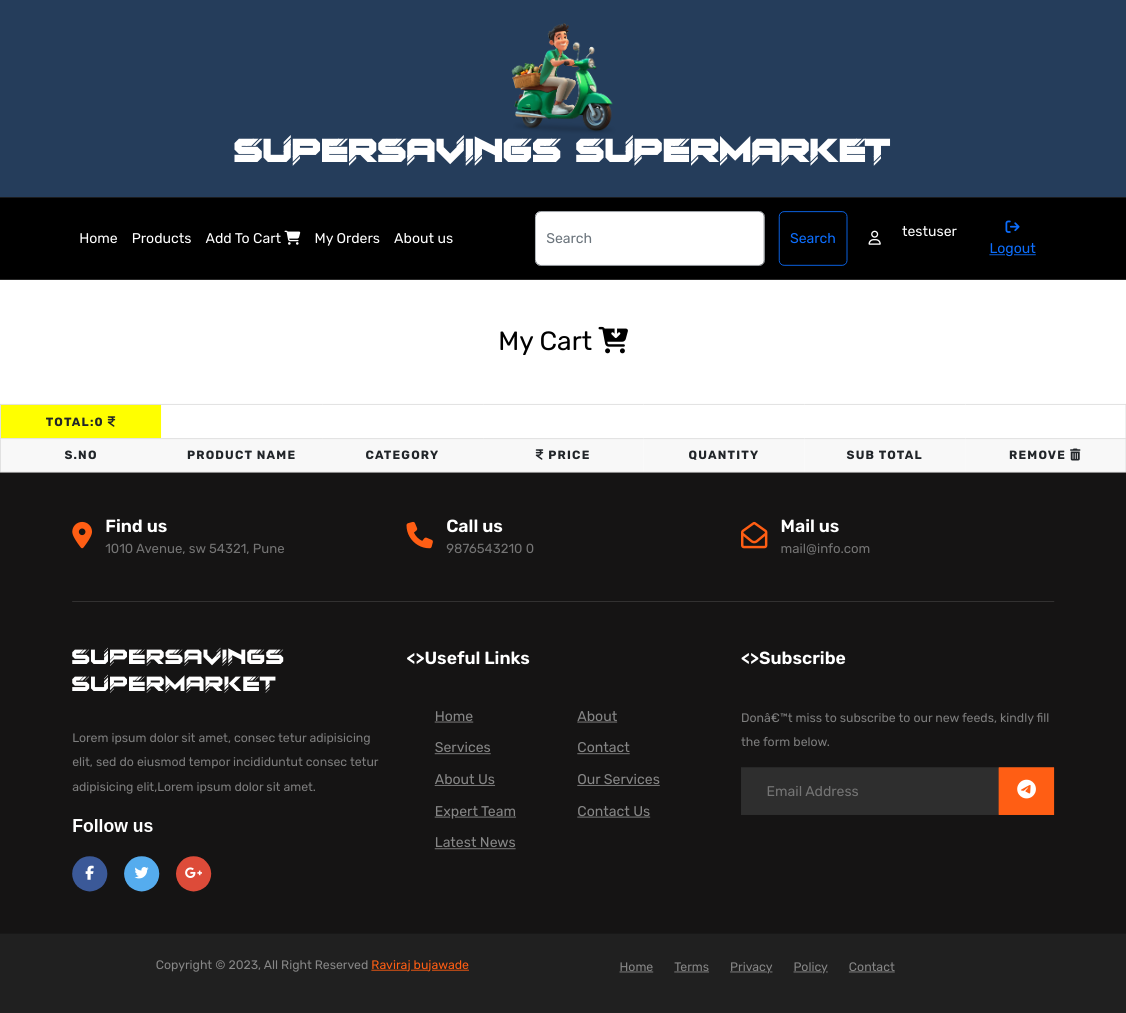
Repository: Raviraj39/SuperSaving-Online-Supermarket-Website
Page: http://localhost/Super_market/mycart.jsp
These files come from the project's save history. The page is drawn as it stood at one moment and after the next save; the edit follows.
The browser window is 1280 px wide. The pictures show the whole page, at 88% of full size.
The page is served by Tomcat 9. The session is filled in as if someone had signed in: {"username": "testuser", "email": "test@example.com"}. Other server files are loaded and not shown. Queries for data that is not in the repository find no rows.

Above is the page before, as saved 2023-12-28 19:03:40.

### Super_market/src/main/webapp/mycart.jsp
<%@ page language="java" contentType="text/html; charset=ISO-8859-1"
    pageEncoding="ISO-8859-1"%>
<!DOCTYPE html>
<html>
<head>
<meta charset="ISO-8859-1">
<title>SuperSaving Supermarket</title>
<link rel="stylesheet" href="css/homestyle.css">
<link rel="stylesheet" href="https://cdnjs.cloudflare.com/ajax/libs/font-awesome/6.5.1/css/all.min.css" integrity="sha512-DTOQO9RWCH3ppGqcWaEA1BIZOC6xxalwEsw9c2QQeAIftl+Vegovlnee1c9QX4TctnWMn13TZye+giMm8e2LwA==" crossorigin="anonymous" referrerpolicy="no-referrer" />
<link href="https://cdn.jsdelivr.net/npm/bootstrap@5.2.3/dist/css/bootstrap.min.css" rel="stylesheet"
		integrity="sha384-rbsA2VBKQhggwzxH7pPCaAqO46MgnOM80zW1RWuH61DGLwZJEdK2Kadq2F9CUG65" crossorigin="anonymous">
<link rel="preconnect" href="https://fonts.googleapis.com">
<link rel="preconnect" href="https://fonts.gstatic.com" crossorigin>
<link href="https://fonts.googleapis.com/css2?family=Rubik:ital,wght@0,300;0,400;0,500;0,600;0,700;0,800;0,900;1,300;1,400;1,500;1,600;1,700;1,800;1,900&display=swap"
		rel="stylesheet">
</head>

<body>


<%@ include file="Header.jsp"  %>


<div style="color: black; text-align: center; font-size: 30px;" class="mt-5 mb-5">My Cart <i class='fas fa-cart-arrow-down'></i>


<%
		String msg=request.getParameter("msg");
if("notpossible".equals(msg))
{
%>
<p class="alert">There is only one Quantity! So click on remove!</p>
<%} %>


<%
if("inc".equals(msg))
{
%>
<p class="alert">Quantity  Increased Successfully!</p>
<%} %>
<%
if("dec".equals(msg))
{
%>
<p class="alert">Quantity  Decreased Successfully!</p>
<%} %>
<%
if("removed".equals(msg))
{
%>
<p class="alert">Product Successfully Removed!</p>
<%} %>
</div>
<div >
<table >
<thead>


  <%

      	int total=0;
      	int sno=0;

		try {
			Class.forName("com.mysql.cj.jdbc.Driver");

			Connection conn = DriverManager.getConnection("jdbc:mysql://localhost:3306/super_marketone","root","root");
			Statement stat = conn.createStatement();
			String email=session.getAttribute("email").toString();
			ResultSet rs=stat.executeQuery("select sum(total) from cart where email='"+email+"' ");
			while(rs.next()) {
				total=rs.getInt(1);
	%>

          <tr>
            <th scope="col" style="background-color: yellow;">Total:<%out.println(total); %> <i class="fa fa-inr"></i> </th>
          <%if(total>0){ %>

            <th scope="col"><a href="addpayment.jsp">Proceed to order</a></th><%} %>
          </tr>
        </thead>
        <thead>
          <tr>
          <th scope="col">S.No</th>
            <th scope="col">Product Name</th>
            <th scope="col">Category</th>
            <th scope="col"><i class="fa fa-inr"></i> price</th>
            <th scope="col">Quantity</th>
            <th scope="col">Sub Total</th>
            <th scope="col">Remove <i class='fas fa-trash-alt'></i></th>
          </tr>
        </thead>
        <tbody>

    <%
	ResultSet rs1=stat.executeQuery("select * from addproductadmin inner join cart on addproductadmin.p_id = cart.productid and cart.email='"+email+"' and cart.address is NULL" );
    while(rs1.next()) {


    %>
          <tr>
			<%sno =sno+1; %>
           <td><% out.println(sno); %></td>
            <td><%= rs1.getString(2) %></td>
            <td><%= rs1.getString(3) %></td>
            <td><i class="fa fa-inr"></i><%= rs1.getString(4) %> </td>
            <td><a href="incrdecre.jsp?id=<%= rs1.getString(1) %>&quantity=inc"><i class='fas fa-plus-circle'></i></a><%= rs1.getString(8) %>  <a href="incrdecre.jsp?id=<%= rs1.getString(1) %>&quantity=dec"><i class='fas fa-minus-circle'></i></a></td>
            <td><i class="fa fa-inr"></i><%= rs1.getString(10) %> </td>
            <td><a href="removeproduct.jsp?id=<%= rs1.getString(1) %>">Remove <i class='fas fa-trash-alt'></i></a></td>
          </tr>
          	<%
    }	}
        }catch(Exception e) {
			e.printStackTrace();
		}


          %>




        </tbody>
      </table>
      </div>


 <%@ include file="Footer.jsp" %>
</body>
</html>

### Super_market/src/main/webapp/Header.jsp
<%@ page language="java" contentType="text/html; charset=ISO-8859-1"
    pageEncoding="ISO-8859-1"%>
    <%@page import ="java.sql.*"%>
    <%@page import ="java.io.IOException" %>
    <%@ page import ="java.io.PrintWriter"%>
    <%@ page import ="javax.servlet.*" %>
    <%

    %>
<!DOCTYPE html>
<html>
<head>
<meta charset="ISO-8859-1">
<title>SuperSaving Supermarket</title>
<link rel="stylesheet" href="css/home.css">
<link rel="stylesheet" href="https://cdnjs.cloudflare.com/ajax/libs/font-awesome/6.5.1/css/all.min.css" integrity="sha512-DTOQO9RWCH3ppGqcWaEA1BIZOC6xxalwEsw9c2QQeAIftl+Vegovlnee1c9QX4TctnWMn13TZye+giMm8e2LwA==" crossorigin="anonymous" referrerpolicy="no-referrer" />
<link href="https://cdn.jsdelivr.net/npm/bootstrap@5.2.3/dist/css/bootstrap.min.css" rel="stylesheet"
		integrity="sha384-rbsA2VBKQhggwzxH7pPCaAqO46MgnOM80zW1RWuH61DGLwZJEdK2Kadq2F9CUG65" crossorigin="anonymous">

<link rel="preconnect" href="https://fonts.googleapis.com">
<link rel="preconnect" href="https://fonts.gstatic.com" crossorigin>
<link href="https://fonts.googleapis.com/css2?family=Rubik:ital,wght@0,300;0,400;0,500;0,600;0,700;0,800;0,900;1,300;1,400;1,500;1,600;1,700;1,800;1,900&display=swap"
		rel="stylesheet">
</head>
<body>
<div class="container-fluid main_top_nav ">
		<div class="text-center py-4  text-white ">

			<img src="./images/illustrations/BikeDilvery.webp" alt="" class="" height="130px">
			<h3 class="top-nav">SuperSavings Supermarket</h3>
		</div>
	</div>
	<nav class="navbar navbar-expand-lg bg-black text-white  py-3">
		<div class="container text-white">
			<button class="navbar-toggler" type="button" data-bs-toggle="collapse"
				data-bs-target="#navbarSupportedContent" aria-controls="navbarSupportedContent" aria-expanded="false"
				aria-label="Toggle navigation">
				<span class="navbar-toggler-icon"></span>
			</button>
			<div class="collapse navbar-collapse " id="navbarSupportedContent" >
				<ul class="navbar-nav me-auto mb-2 mb-lg-0  ">
					<li class="nav-item">
						<a class="nav-link active text-white" href="./Home.jsp">Home</a>
					</li>
					<li class="nav-item">
						<a class="nav-link text-white" href="./products.jsp">Products</a>
					</li>
					<li class="nav-item">
						<a class="nav-link text-white" href="./mycart.jsp">Add To Cart <i class="fa fa-shopping-cart"></i></a>
					</li>
					<li class="nav-item">
						<a class="nav-link text-white" href="./myorders.jsp">My Orders</a>
					</li>
					<li class="nav-item">
						<a class="nav-link text-white" href="#">About us</a>
					</li>
				</ul>
				<form class="d-flex text-center justify-content-between   " role="search" >
					<input class="form-control me-2" type="search" placeholder="Search" aria-label="Search">
					<button class="btn btn-outline-primary mx-2" type="submit">Search</button>
					<div class="d-flex align-items-center justify-content-between mx-3">
						<div class="">
						<i class="fa-regular fa-user "></i></div>
					<p class="ms-4 "><%= session.getAttribute("username") %></p>
					</div>
					<button class="btn mx-2"> <a href="logout"><i class="fa-solid fa-arrow-right-from-bracket"></i>Logout</a></button>

				</form>
			</div>
		</div>
</nav>

</body>
</html>

### Super_market/src/main/webapp/Footer.jsp
<%@ page language="java" contentType="text/html; charset=ISO-8859-1"
    pageEncoding="ISO-8859-1"%>
<!DOCTYPE html>
<html>
<head>
<meta charset="ISO-8859-1">
<title>SuperSaving Supermarket</title>
<link rel="stylesheet" href="css/home.css">
<link rel="stylesheet" href="https://cdnjs.cloudflare.com/ajax/libs/font-awesome/6.5.1/css/all.min.css" integrity="sha512-DTOQO9RWCH3ppGqcWaEA1BIZOC6xxalwEsw9c2QQeAIftl+Vegovlnee1c9QX4TctnWMn13TZye+giMm8e2LwA==" crossorigin="anonymous" referrerpolicy="no-referrer" />
<link href="https://cdn.jsdelivr.net/npm/bootstrap@5.2.3/dist/css/bootstrap.min.css" rel="stylesheet"
		integrity="sha384-rbsA2VBKQhggwzxH7pPCaAqO46MgnOM80zW1RWuH61DGLwZJEdK2Kadq2F9CUG65" crossorigin="anonymous">

<link rel="preconnect" href="https://fonts.googleapis.com">
<link rel="preconnect" href="https://fonts.gstatic.com" crossorigin>
<link href="https://fonts.googleapis.com/css2?family=Rubik:ital,wght@0,300;0,400;0,500;0,600;0,700;0,800;0,900;1,300;1,400;1,500;1,600;1,700;1,800;1,900&display=swap"
		rel="stylesheet">
</head>
<body>

<footer class="footer-section">
		<div class="container">
			<div class="footer-cta pt-5 pb-5">
				<div class="row">
					<div class="col-xl-4 col-md-4 mb-30">
						<div class="single-cta">
							<i class="fas fa-map-marker-alt"></i>
							<div class="cta-text">
								<h4>Find us</h4>
								<span>1010 Avenue, sw 54321, Pune</span>
							</div>
						</div>
					</div>
					<div class="col-xl-4 col-md-4 mb-30">
						<div class="single-cta">
							<i class="fas fa-phone"></i>
							<div class="cta-text">
								<h4>Call us</h4>
								<span>9876543210 0</span>
							</div>
						</div>
					</div>
					<div class="col-xl-4 col-md-4 mb-30">
						<div class="single-cta">
							<i class="far fa-envelope-open"></i>
							<div class="cta-text">
								<h4>Mail us</h4>
								<span>mail@info.com</span>
							</div>
						</div>
					</div>
				</div>
			</div>
			<div class="footer-content pt-5 pb-5">
				<div class="row">
					<div class="col-xl-4 col-lg-4 mb-50">
						<div class="footer-widget">
							<div class="footer-logo">
								<a href="">SuperSavings Supermarket</a>
							</div>
							<div class="footer-text">
								<p>Lorem ipsum dolor sit amet, consec tetur adipisicing elit, sed do eiusmod tempor
									incididuntut consec tetur adipisicing
									elit,Lorem ipsum dolor sit amet.</p>
							</div>
							<div class="footer-social-icon">
								<span>Follow us</span>
								<a href="#"><i class="fab fa-facebook-f facebook-bg"></i></a>
								<a href="#"><i class="fab fa-twitter twitter-bg"></i></a>
								<a href="#"><i class="fab fa-google-plus-g google-bg"></i></a>
							</div>
						</div>
					</div>
					<div class="col-xl-4 col-lg-4 col-md-6 mb-30">
						<div class="footer-widget">
							<div class="footer-widget-heading">
								<>Useful Links</>
							</div>
							<ul>
								<li><a href="Home.jsp">Home</a></li>
								<li><a href="#">about</a></li>
								<li><a href="#">services</a></li>
								<li><a href="#">Contact</a></li>
								<li><a href="#">About us</a></li>
								<li><a href="#">Our Services</a></li>
								<li><a href="#">Expert Team</a></li>
								<li><a href="#">Contact us</a></li>
								<li><a href="#">Latest News</a></li>
							</ul>
						</div>
					</div>
					<div class="col-xl-4 col-lg-4 col-md-6 mb-50">
						<div class="footer-widget">
							<div class="footer-widget-heading">
								<>Subscribe</>
							</div>
							<div class="footer-text mb-25">
								<p>Don’t miss to subscribe to our new feeds, kindly fill the form below.</p>
							</div>
							<div class="subscribe-form">
								<form action="#">
									<input type="text" placeholder="Email Address">
									<button><i class="fab fa-telegram-plane"></i></button>
								</form>
							</div>
						</div>
					</div>
				</div>
			</div>
		</div>
		<div class="copyright-area">
			<div class="container">
				<div class="row">
					<div class="col-xl-6 col-lg-6 text-center text-lg-left">
						<div class="copyright-text">
							<p>Copyright &copy; 2023, All Right Reserved <a href="">Raviraj bujawade</a></p>
						</div>
					</div>
					<div class="col-xl-6 col-lg-6 d-none d-lg-block text-right">
						<div class="footer-menu">
							<ul>
								<li><a href="#">Home</a></li>
								<li><a href="#">Terms</a></li>
								<li><a href="#">Privacy</a></li>
								<li><a href="#">Policy</a></li>
								<li><a href="#">Contact</a></li>
							</ul>
						</div>
					</div>
				</div>
			</div>
		</div>
	</footer>

</body>
</html>

### Super_market/src/main/webapp/css/homestyle.css
    body {
  font-family: "Open Sans", sans-serif;
  line-height: 1.25;
  background-color: #6C63AC;
}
a
{
	text-decoration: none;
}
.sticky {
  position: -webkit-sticky;
  position: sticky;
  top: 0;
}

@font-face {
	font-family: fonts;
	src: url(../fonts/moto-verse.otf);
}
.top-nav >div{
	font-family: fonts;
	font-weight: 900;
	font-size: 4em;
}
.navtop{
	background-color: #6C63AC;
}
.carousel-img{
	height: 75vh;
}
table {
  border: 1px solid #ccc;
  border-collapse: collapse;
  margin: 0;
  padding: 0;
  width: 100%;
  /*margin-left: 5%;*/
  table-layout: fixed;
}

table caption {
  font-size: 1.5em;
  margin: .5em 0 .75em;
}

table tr {
  background-color: #f8f8f8;
  border: 1px solid #ddd;
  padding: .35em;
}

table th,
table td {
  padding: .625em;
  text-align: center;
}

table th {
  font-size: .85em;
  letter-spacing: .1em;
  text-transform: uppercase;
}

@media screen and (max-width: 600px) {
  table {
    border: 0;
  }

  table caption {
    font-size: 1.3em;
  }

  table thead {
    border: none;
    clip: rect(0 0 0 0);
    height: 1px;
    margin: -1px;
    overflow: hidden;
    padding: 0;
    position: absolute;
    width: 1px;
  }

  table tr {
    border-bottom: 3px solid #ddd;
    display: block;
    margin-bottom: .625em;
  }

  table td {
    border-bottom: 1px solid #ddd;
    display: block;
    font-size: .8em;
    text-align: right;
  }

  table td::before {
    /*
    * aria-label has no advantage, it won't be read inside a table
    content: attr(aria-label);
    */
    content: attr(data-label);
    float: left;
    font-weight: bold;
    text-transform: uppercase;
  }

  table td:last-child {
    border-bottom: 0;
  }
}

/*Header Css*/
* {box-sizing: border-box;}

    body {
      margin: 0;
      font-family: Arial, Helvetica, sans-serif;
    }

    .topnav {
      overflow: hidden;
      background-color: #e9e9e9;
    }

    .topnav a {
      float: left;
      display: block;
      color: black;
      text-align: center;
      padding: 14px 16px;
      text-decoration: none;
      font-size: 17px;
    }

    .topnav a:hover {
      background-color: #ddd;
      color: black;
    }

    .topnav a.active {
      background-color: #2196F3;
      color: white;
    }

    .topnav .search-container {
      float: right;
    }

    .topnav input[type=text] {
      padding: 6px;
      margin-top: 8px;
      font-size: 17px;
      border: none;
    }

    .topnav .search-container button {
      float: right;
      padding: 6px 10px;
      margin-top: 8px;
      margin-right: 16px;
      background: #ddd;
      font-size: 17px;
      border: none;
      cursor: pointer;
    }

    .topnav .search-container button:hover {
      background: #ccc;
    }

    @media screen and (max-width: 600px) {
      .topnav .search-container {
        float: none;
      }
      .topnav a, .topnav input[type=text], .topnav .search-container button {
        float: none;
        display: block;
        text-align: left;
        width: 100%;
        margin: 0;
        padding: 14px;
      }
      .topnav input[type=text] {
        border: 1px solid #ccc;
      }

    }





.input-style {
  width: 90%;
  padding: 12px 20px;
  margin-left:5%;
  box-sizing: border-box;
  border: none;
  background-color:white;
  color: black;
  font-size: 16px;
}

input[type=text]:focus, textarea:focus,button:focus{
  outline: 4px solid orange;
  background-color:rgb(224, 255, 219);     /* oranges! yey */
}

.button {
  background-color: aqua;
  border: none;
  color: black;
  padding: 12px 20px;
  text-align: center;
  text-decoration: none;
  display: inline-block;
  font-size: 14px;
  margin: 4px 2px;
  transition-duration: 0.4s;
  cursor: pointer;
  margin-left:5%;
  font-size: 16px;
  width: 90%;
   border-radius: 25px;
}

.button:hover {
  background-color: #555555;
  color: white;
}


.alert
{
	color:yellow;
}

.profile-style
{
	border-style: dotted;

}

.left-div
{
	width: 50%;
	display:inline-block;
}

.right-div
{
	float:right;
	width: 50%;
	display:inline-block;
}
/*footer*/
.footer {
   position: fixed;
   left: 0;
   bottom: 0;
   width: 100%;
   background-color:#ccc;
   color:black;
   text-align: center;
}

.h2222 {
  width: 100%;
  padding: 12px 20px;
  margin: 8px 0;
  box-sizing: border-box;
  border: none;
  background-color: #3CBC8D;
  color: white;
}

### Super_market/src/main/webapp/css/home.css
@font-face {
	font-family: fonts;
	src: url(../fonts/moto-verse.otf);
}
@font-face {
  font-family: fonts-peacher;
  src: url(../fonts/Peacher.ttf);
}

:root{
  --fonts-rubic: 'Rubik', sans-serif;
}
*{
  font-family: var(--fonts-rubic);
}


.top-nav{
	font-family: fonts;
	font-weight: 900;
	font-size: 2em;
}
.main_top_nav{
	background-color: #253D5B;
}

.carousel-img{
	height: 80vh;
}

/*  */
.carousel-caption{
 top: 20%;
}
.carousel-caption h2{
  font-size: 3em;
    font-weight: 800;
    letter-spacing: 0px;
    text-transform: uppercase;
    text-shadow: 3px 8px 2px rgb(12, 12, 12);
    background: rgba(0, 0, 0, 0.34);
    padding: 50px 10%;
}

.carousel-caption h2 >span{
  color:#FF5722;
}
.carousel-caption p{
  font-size: 2em;
  font-weight: 700;
  /* color: #999; */
}
.carousel-caption p >span{
  color: red;
  font-size: 2.5em;
}

/* Our Top Products */
.product-card {
    width: 380px;
    position: relative;
    box-shadow: 0 2px 7px #dfdfdf;
    margin: 50px auto;
    background: #fafafa;
}

.badge {
    position: absolute;
    left: 0;
    top: 20px;
    text-transform: uppercase;
    font-size: 13px;
    font-weight: 700;
    background: red;
    color: #fff;
    padding: 3px 10px;
}

.product-tumb {
    display: flex;
    align-items: center;
    justify-content: center;
    height: 300px;
    padding: 50px;
    background: #f0f0f0;
}

.product-tumb img {
    max-width: 100%;
    max-height: 100%;
}

.product-details {
    padding: 30px;
}

.product-catagory {
    display: block;
    font-size: 12px;
    font-weight: 700;
    text-transform: uppercase;
    color: #ccc;
    margin-bottom: 18px;
}

.product-details h4 a {
    font-weight: 500;
    display: block;
    margin-bottom: 18px;
    text-transform: uppercase;
    color: #363636;
    text-decoration: none;
    transition: 0.3s;
}

.product-details h4 a:hover {
    color: #fbb72c;
}

.product-details p {
    font-size: 15px;
    line-height: 22px;
    margin-bottom: 18px;
    color: #999;
}

.product-bottom-details {
    overflow: hidden;
    border-top: 1px solid #eee;
    padding-top: 20px;
}

.product-bottom-details div {
    float: left;
    width: 50%;
}

.product-price {
    font-size: 18px;
    color: #fbb72c;
    font-weight: 600;
}

.product-price small {
    font-size: 80%;
    font-weight: 400;
    text-decoration: line-through;
    display: inline-block;
    margin-right: 5px;
}

.product-links {
    text-align: right;
}

.product-links a {
    display: inline-block;
    margin-left: 5px;
    color: #e1e1e1;
    transition: 0.3s;
    font-size: 17px;
}

.product-links a:hover {
    color: #fbb72c;
}

.addcart{
  font-size: 13px;
    color: #fff;
    background: #1accfd;
    text-decoration: none;
    position: relative;
    border: none;
    border-radius: 0;
    /* width: 100%; */
    text-transform: uppercase;
    padding: 13px;
    outline: none;
    letter-spacing: 1px;
    font-weight: 600;
    margin-top: 20px;
}



/* offer-section */
.count-div h2{
  font-family: fonts;
}






/* paymentcart-section */
.paymentcart-section{
	background-image: url(../images/background/background137.jpg);
	background-position: center;
	background-repeat: no-repeat;
	height: 60vh;
}

.paymentcart-section div{
	opacity: 0.8;
	background-color: rgb(188, 194, 216);;
	padding: 40px 0px;
	}
.ul-list{
	text-align: center;
	display: flex;
	flex-direction: row;
	flex-wrap: nowrap;
	align-items: center;
	justify-content: center;
}
.ul-list li img{
	max-width: 6em;
	padding-bottom: 10px;
}
.ul-list li{
	margin: 0px 30px;
}


/* footer */
ul {
    margin: 0px;
    padding: 0px;
}
.footer-section {
  background: #151414;
  position: relative;
}
.footer-cta {
  border-bottom: 1px solid #373636;
}
.single-cta i {
  color: #ff5e14;
  font-size: 30px;
  float: left;
  margin-top: 8px;
}
.cta-text {
  padding-left: 15px;
  display: inline-block;
}
.cta-text h4 {
  color: #fff;
  font-size: 20px;
  font-weight: 600;
  margin-bottom: 2px;
}
.cta-text span {
  color: #757575;
  font-size: 15px;
}
.footer-content {
  position: relative;
  z-index: 2;
}
.footer-pattern img {
  position: absolute;
  top: 0;
  left: 0;
  height: 330px;
  background-size: cover;
  background-position: 100% 100%;
}
.footer-logo {
  margin-bottom: 30px;
}
.footer-logo img {
    max-width: 200px;
}
.footer-text p {
  margin-bottom: 14px;
  font-size: 14px;
      color: #7e7e7e;
  line-height: 28px;
}
.footer-social-icon span {
  color: #fff;
  display: block;
  font-size: 20px;
  font-weight: 700;
  font-family: 'Poppins', sans-serif;
  margin-bottom: 20px;
}
.footer-social-icon a {
  color: #fff;
  font-size: 16px;
  margin-right: 15px;
}
.footer-social-icon i {
  height: 40px;
  width: 40px;
  text-align: center;
  line-height: 38px;
  border-radius: 50%;
}
.facebook-bg{
  background: #3B5998;
}
.twitter-bg{
  background: #55ACEE;
}
.google-bg{
  background: #DD4B39;
}
.footer-widget-heading  {
  color: #fff;
  font-size: 20px;
  font-weight: 600;
  margin-bottom: 40px;
  position: relative;
}
.footer-widget-heading ::before {
  content: "";
  position: absolute;
  left: 0;
  bottom: -15px;
  height: 2px;
  width: 50px;
  background: #ff5e14;
}
.footer-widget ul li {
  display: inline-block;
  float: left;
  width: 50%;
  margin-bottom: 12px;
}
.footer-widget ul li a:hover{
  color: #ff5e14;
}
.footer-widget ul li a {
  color: #878787;
  text-transform: capitalize;
}
.subscribe-form {
  position: relative;
  overflow: hidden;
}
.subscribe-form input {
  width: 100%;
  padding: 14px 28px;
  background: #2E2E2E;
  border: 1px solid #2E2E2E;
  color: #fff;
}
.subscribe-form button {
    position: absolute;
    right: 0;
    background: #ff5e14;
    padding: 13px 20px;
    border: 1px solid #ff5e14;
    top: 0;
}
.subscribe-form button i {
  color: #fff;
  font-size: 22px;
  transform: rotate(-6deg);
}
.copyright-area{
  background: #202020;
  padding: 25px 0;
}
.copyright-text p {
  margin: 0;
  font-size: 14px;
  color: #878787;
}
.copyright-text p a{
  color: #ff5e14;
}
.footer-menu li {
  display: inline-block;
  margin-left: 20px;
}
.footer-menu li:hover a{
  color: #ff5e14;
}
.footer-menu li a {
  font-size: 14px;
  color: #878787;
}
.footer-logo a{
	text-decoration: none;
	color: #fff;
	font-size: 1.3em;
	font-family: fonts;
}
.footer-logo a:hover{
	color: #fff;
}

After the next save:
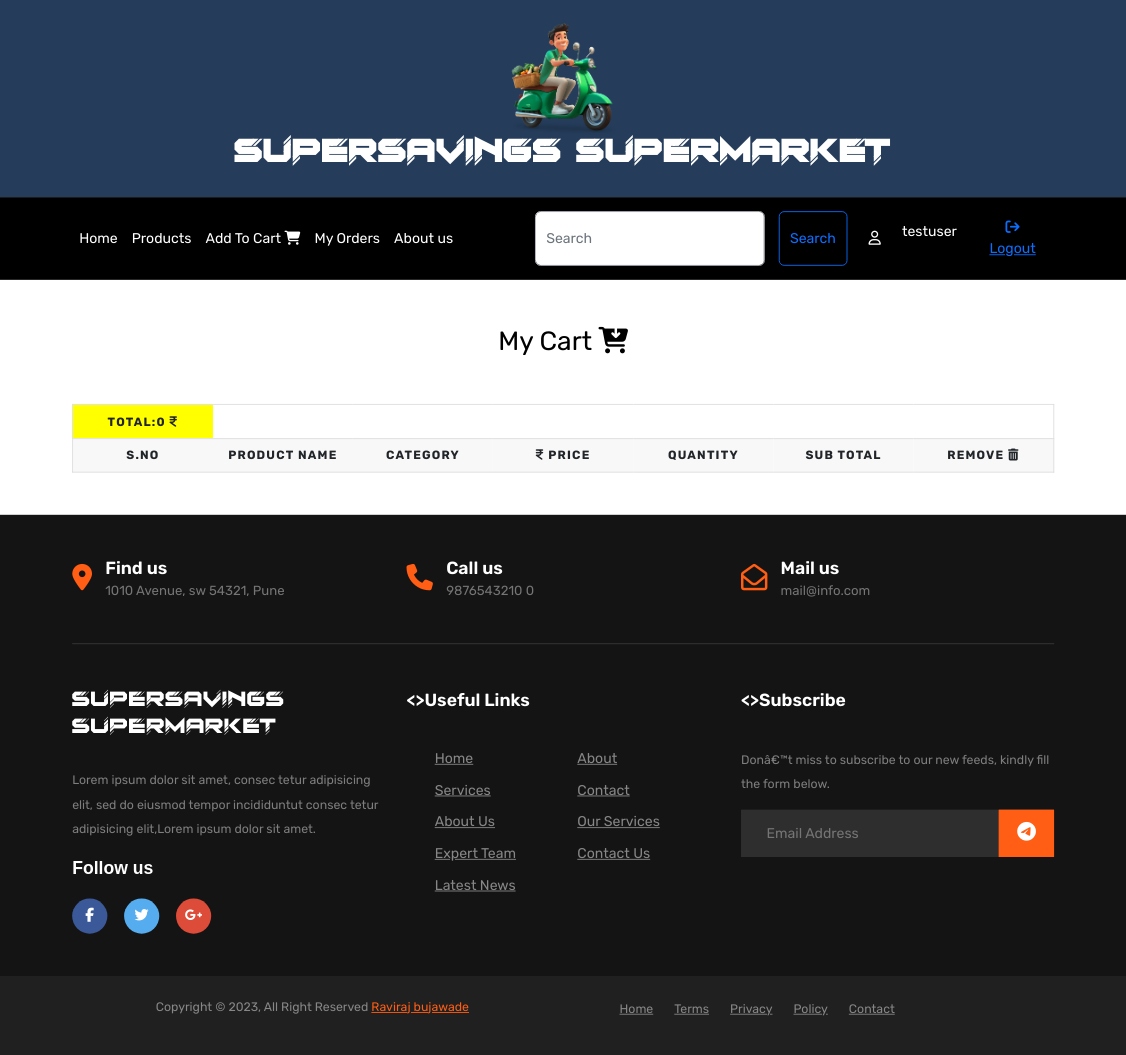
Saved 18 s later.
--- a/Super_market/src/main/webapp/mycart.jsp
+++ b/Super_market/src/main/webapp/mycart.jsp
@@ -52,7 +52,7 @@ if("removed".equals(msg))
 <p class="alert">Product Successfully Removed!</p>
 <%} %>
 </div>
-<div >
+<div class="container my-5">
 <table >
 <thead>
 
